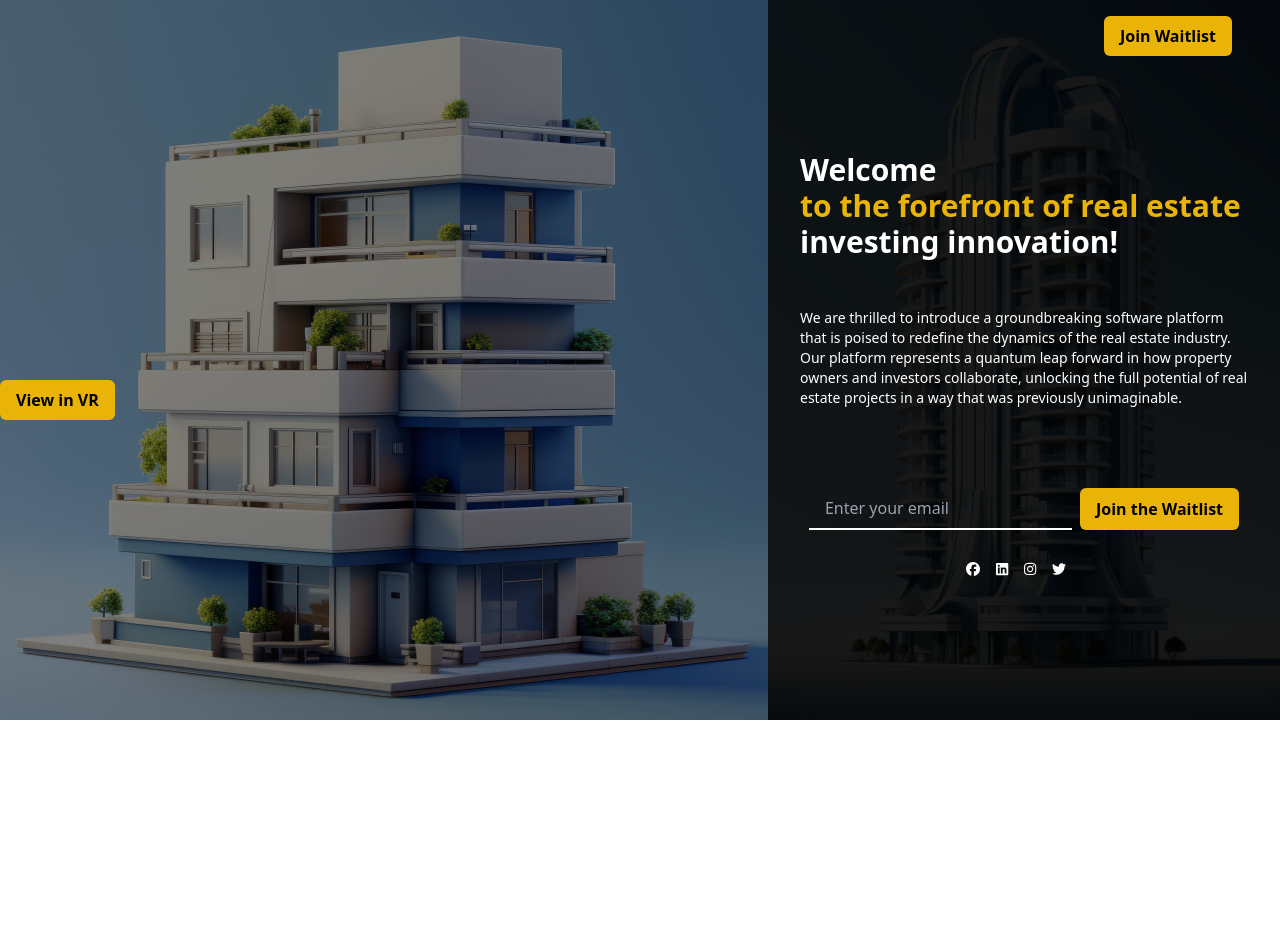
Repository: brytemenz/investnest-landing
Page: /
The author's editor kept a copy of each file at every save. The page is drawn from the files as they stood at one save, then again after the next save.
The browser window is 1280 px wide. The pictures show the whole page.
The project was rebuilt for these pictures with package versions that can differ from the ones it lists, and the page was loaded fresh each time. Also part of the build but not shown: vite.config.js, src/components/ThreeDImage.jsx.

Above is the page before, as saved 2024-05-29 12:35:45.

### src/main.jsx
// src/main.jsx
import 'antd/dist/reset.css';
import './index.css';
import './landingPage.css';
import React from 'react';
import ReactDOM from 'react-dom/client';
import App from './App';

ReactDOM.createRoot(document.getElementById('root')).render(
  <React.StrictMode>
    <App />
  </React.StrictMode>
);

### src/landingPage.css
/* src/landingPage.css */
.bg-cover {
  background-size: cover;
}

.bg-center {
  background-position: center;
}


/* landingPage.css */
/* landingPage.css */
.left-image {
  height: 100%;
  background-image: url('./assets/leftimage.jpg'); /* Ensure the path is correct */
  background-size: cover;
  background-position: center;
  background-repeat: no-repeat;
}

### src/App.jsx
// App.jsx
import React, { useState, useEffect } from 'react';
import LandingPage from './pages/landingPage';
import LoadingSpinner from './components/loadingSpinner';

const App = () => {
  const [loading, setLoading] = useState(true);

  useEffect(() => {
    // Simulate a delay to mimic loading process
    const timeout = setTimeout(() => {
      setLoading(false);
    }, 2000);

    // Clean up the timeout
    return () => clearTimeout(timeout);
  }, []);

  return (
    <>
      {loading ? <LoadingSpinner /> : <LandingPage />}
    </>
  );
};

export default App;

### src/pages/landingPage.jsx
import React, { useState, useEffect } from 'react';
import rightImage from '../assets/rightimage.jpg';
//import leftImage from '../assets/leftimage.jpg';
import { FontAwesomeIcon } from '@fortawesome/react-fontawesome';
import { faFacebook, faLinkedin, faInstagram, faTwitter } from '@fortawesome/free-brands-svg-icons';
import LoadingSpinner from '../components/loadingSpinner';
import ThreeDImage from '../components/ThreeDImage';
import '../landingPage.css';

const LandingPage = () => {
  const [isLoading, setIsLoading] = useState(true);
  const [show3DModel, setShow3DModel] = useState(false);
  const [viewMode, setViewMode] = useState(null);

  useEffect(() => {
    const timer = setTimeout(() => {
      setIsLoading(false);
    }, 2000); // Simulating a 2-second loading time

    return () => clearTimeout(timer);
  }, []);

  const handleView3DModel = (mode) => {
    setShow3DModel(true);
    setViewMode(mode);
  };

  return (
    <>
      {isLoading ? (
        <LoadingSpinner />
      ) : (
        <div className="flex min-h-screen">
          <div className="w-3/5 relative">
            {show3DModel ? (
              <ThreeDImage modelUrl="/room.glb" mode={viewMode} />
            ) : (
              <div className="h-full relative">
                <div className="left-image">
                  <div className="absolute inset-0 bg-black bg-opacity-50 flex flex-col items-center justify-center space-y-4">
                    {/* <button
                      onClick={() => handleView3DModel('ar')}
                      className="bg-yellow-500 text-black px-4 py-2 rounded-md font-bold"
                    >
                      View in AR
                    </button> */}
                    <button
                      onClick={() => handleView3DModel('vr')}
                      className="bg-yellow-500 text-black px-4 py-2 rounded-md font-bold mt-20 mr-4 self-start"
                    >
                      View in VR
                    </button>
                  </div>
                </div>
              </div>
            )}
          </div>
          <div className="w-2/5 relative flex flex-col justify-end">
            <div className="bg-cover bg-center h-full" style={{ backgroundImage: `url(${rightImage})` }}>
              <div className="absolute inset-0 bg-black bg-opacity-90 flex flex-col justify-start items-start text-white px-8">
                <button className="bg-yellow-500 text-black px-4 py-2 rounded-md font-bold mt-4 mr-4 self-end">Join Waitlist</button>
                <div className="mt-24 text-left">
                  <h2 className="text-3xl font-bold mb-4">Welcome <br/><span className='text-yellow-500'>to the forefront of real estate </span><br/>investing innovation!</h2>
                  <p className="text-sm mt-12">We are thrilled to introduce a groundbreaking software platform that is poised to redefine the dynamics of the real estate industry. Our platform represents a quantum leap forward in how property owners and investors collaborate, unlocking the full potential of real estate projects in a way that was previously unimaginable.</p>
                  <div className="mt-20 flex justify-center">
                    <input type="email" placeholder="Enter your email" className="border-b-2 border-white bg-transparent text-white placeholder-white::placeholder px-4 py-2 focus:outline-none focus:border-yellow-500"/>
                    <button className="bg-yellow-500 text-black px-4 py-2 rounded-md font-bold ml-2">Join the Waitlist</button>
                  </div>
                </div>
                <div className="text-sm mt-8 flex items-center justify-center mx-auto">
                  <FontAwesomeIcon icon={faFacebook} className="text-yellow mr-4 cursor-pointer" />
                  <FontAwesomeIcon icon={faLinkedin} className="text-yellow mr-4 cursor-pointer" />
                  <FontAwesomeIcon icon={faInstagram} className="text-yellow mr-4 cursor-pointer" />
                  <FontAwesomeIcon icon={faTwitter} className="text-yellow mr-4 cursor-pointer" />
                </div>
                <div className="text-sm mt-80">
                  <p>www.investnest.net | Email: info@investnest.net | Contacts: 0209156282 / 0506154295</p>
                </div>
              </div>
            </div>
          </div>
        </div>
      )}
    </>
  );
};

export default LandingPage;

### src/components/loadingSpinner.jsx
// src/pages/LoadingSpinner.jsx
import React from 'react';
import { CircleLoader } from 'react-spinners';

const LoadingSpinner = () => {
  return (
    <div className="flex justify-center items-center min-h-screen">
      <CircleLoader color="#FFC107" />
    </div>
  );
};

export default LoadingSpinner;

Loaded but not shown: src/index.css (common file); tailwind.config.js (common file)

After the next save:
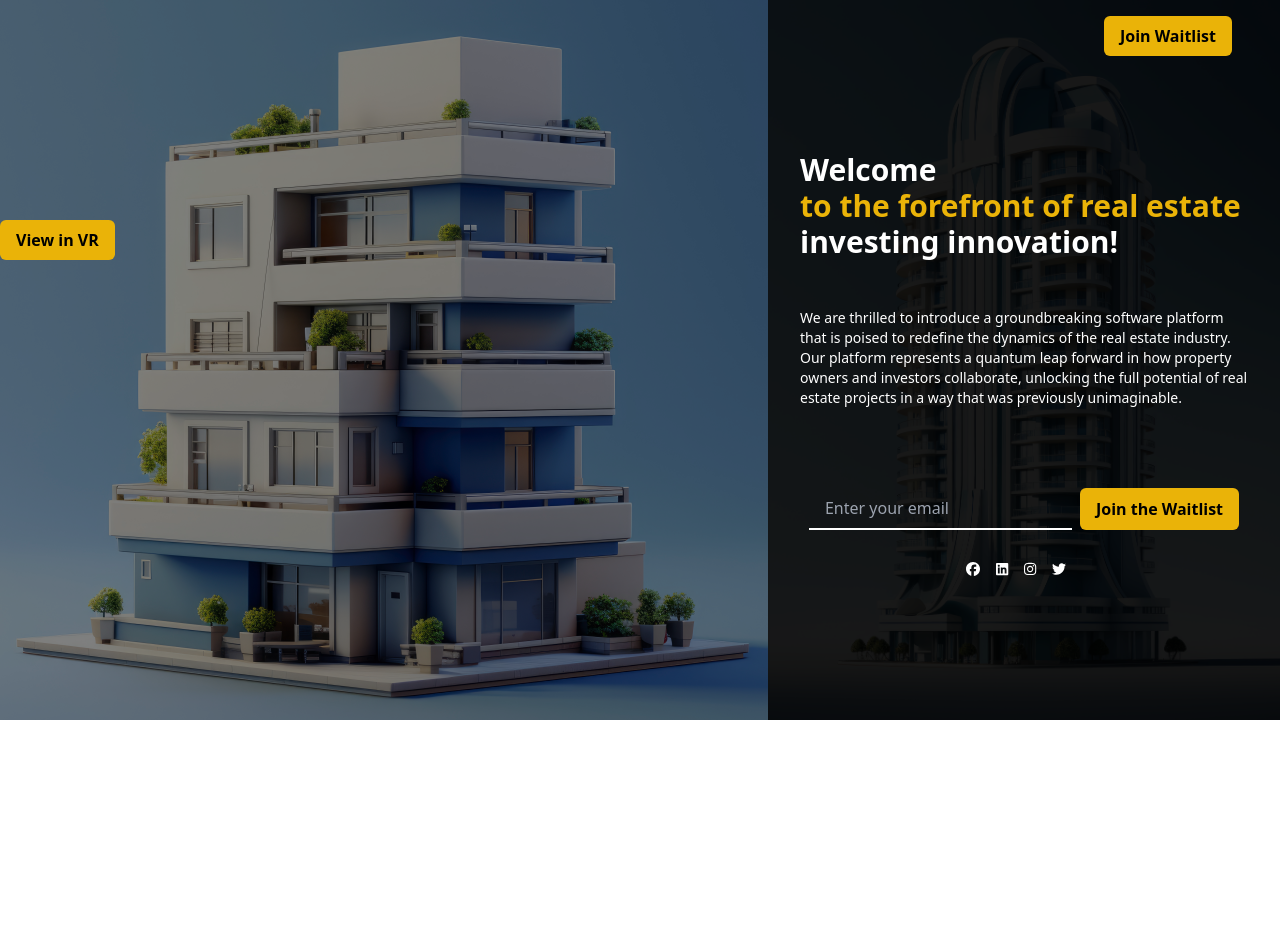
Saved 16 s later.
--- a/src/pages/landingPage.jsx
+++ b/src/pages/landingPage.jsx
@@ -46,7 +46,7 @@ const LandingPage = () => {
                     </button> */}
                     <button
                       onClick={() => handleView3DModel('vr')}
-                      className="bg-yellow-500 text-black px-4 py-2 rounded-md font-bold mt-20 mr-4 self-start"
+                      className="bg-yellow-500 text-black px-4 py-2 rounded-md font-bold mb-80 mt-20 mr-4 self-start"
                     >
                       View in VR
                     </button>
